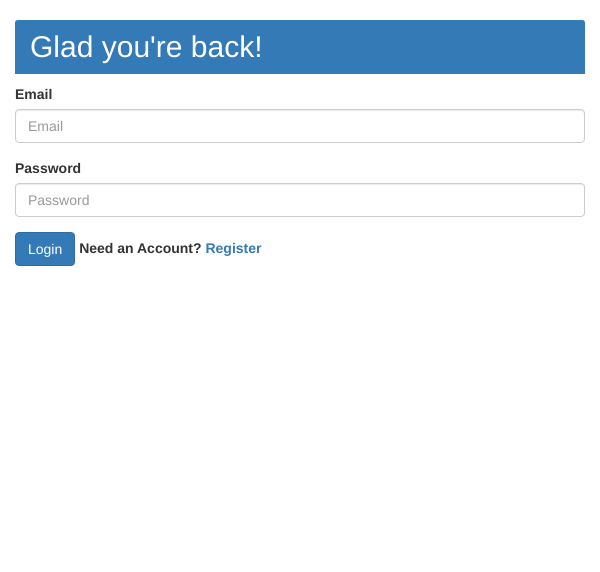
Repository: ronnydoan12345/Doan-ReimbursementProject
Page: http://localhost/org.revature.ERS/
The author's editor kept a copy of each file at every save. The page is drawn from the files as they stood at one save, then again after the next save.
The browser window is 600 px wide. The pictures show the whole page.
The page is served by Tomcat 9.

Above is the page before, as saved 2019-01-14 22:04:28.

After the next save:
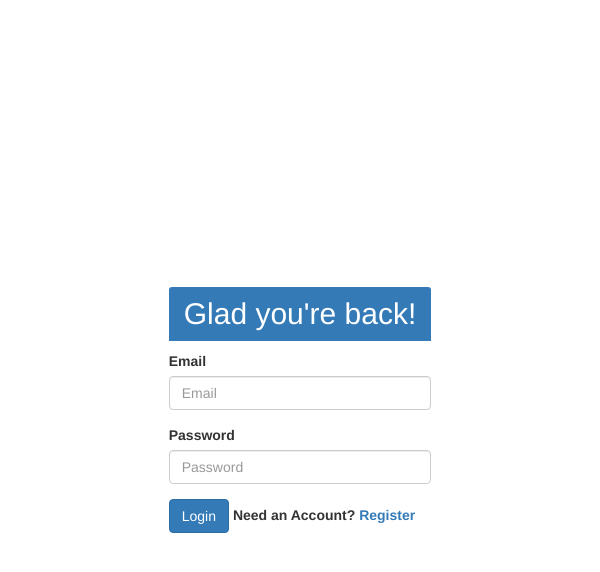
Saved 5 min 47 s later.
--- a/org.revature.ERS/src/main/webapp/Project1-FrontEnd/css/main.css
+++ b/org.revature.ERS/src/main/webapp/Project1-FrontEnd/css/main.css
@@ -1,30 +1,13 @@
-.navbar {
-	margin-bottom: 0;
-	border-radius: 0;
+html,body {
+    height: 100%;
 }
 
-.row.content {
-	height: 450px
+#container {
+    height: 100%;
+    display: flex;
+    justify-content: center;
+    align-items: center;
 }
-
-.sidenav {
-	padding-top: 20px;
-	background-color: #f1f1f1;
-	height: 100%;
+.loginCenter {
+    text-align: center;
 }
-
-footer {
-	background-color: #555;
-	color: white;
-	padding: 15px;
-}
-
-@media screen and (max-width: 767px) {
-	.sidenav {
-		height: auto;
-		padding: 15px;
-	}
-	.row.content {
-		height: auto;
-	}
-}
